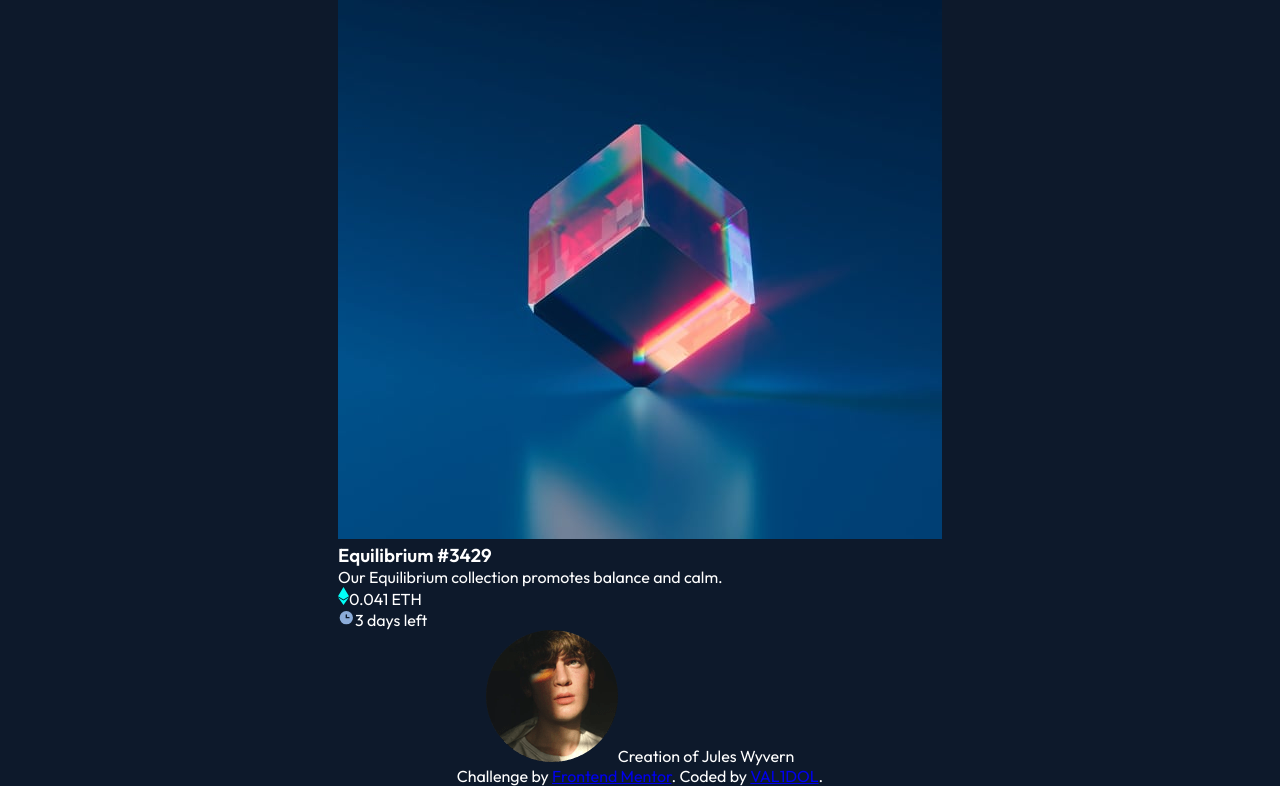
Repository: VAL1DOL-web/fm-NFT-preview-card-component
Page: index.html
The author's editor kept a copy of each file at every save. The page is drawn from the files as they stood at one save, then again after the next save.
The browser window is 1280 px wide. The pictures show the whole page.

Above is the page before, as saved 2024-01-07 15:31:51.

After the next save:
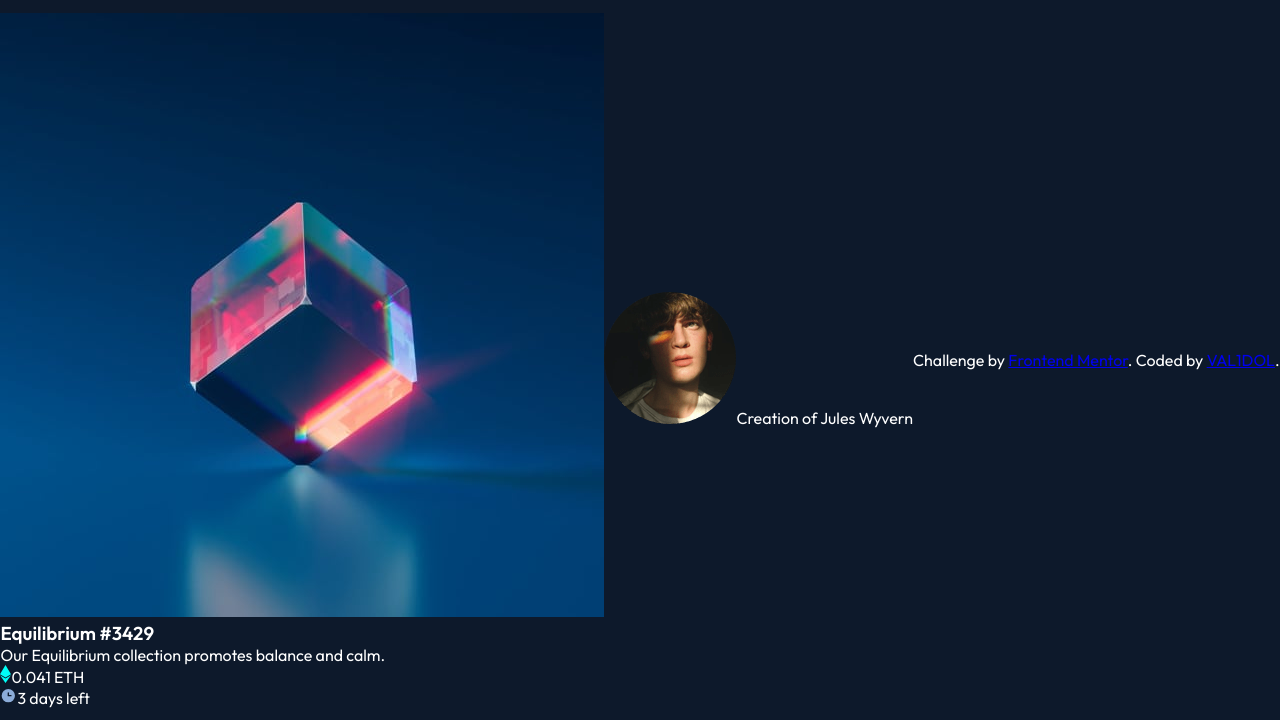
Saved 36 s later.
--- a/style.css
+++ b/style.css
@@ -11,8 +11,7 @@ body {
     height: 100vh;
     color:white;
     display: flex;
-    flex-direction: column;
     justify-content: center;
     align-items: center;
-    background: hsl(217, 54%, 11%);
+    font-family: 'Outfit', sans-serif;
   }
